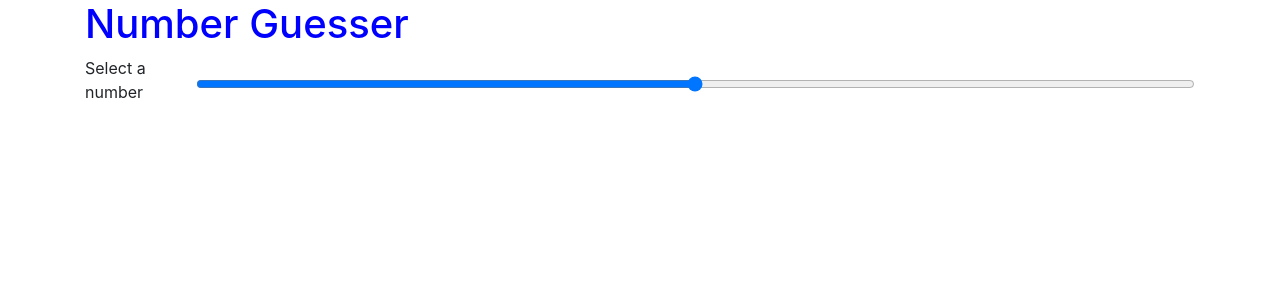
Repository: sanderdebr/cs50
Page: pset8/homepage/index.html
The author's editor kept a record of every edit. The page is drawn from the files as they stood at one moment, then again after the next edit.
The browser window is 1280 px wide. The pictures show the whole page.

Above is the page before.

### pset8/homepage/index.html
<!DOCTYPE html>

<html lang="en">
    <head>
        <link href="https://stackpath.bootstrapcdn.com/bootstrap/4.5.0/css/bootstrap.min.css" rel="stylesheet">
        <link href="styles.css" rel="stylesheet">
        <title>My Webpage</title>
    </head>
    <body>
        <main class="container">
            <h1>Number Guesser</h1>
            <form>
              <div class="form-group">
                <label for="formControlRange">Select a number</label>
                <input type="range" class="form-control-range" id="formControlRange">
              </div>
            </form>
        </main>
    </body>
</html>

### pset8/homepage/styles.css
h1 {
    color: blue;
}

html {
    width: 100%;
}

#mySelect {
    color: green;
}

.form-group {
    display: flex;
}

h1 > h2 {
    font-size: 200%;
}

div.span {
    font-size: 300%;
}

### pset8/homepage/app.js
const numberController = (function() {
    const RandomNumber = function(max) {
        this.max = max;
    }

    RandomNumber.prototype.calcRandom = function() {
        return Math.floor(Math.random() * this.max);
    }

    return {
        getRandomNumber: function(max) {
            return new RandomNumber(max);
        }
    }
})();

const UIController = (function() {
    const DOMstrings = {
        select: 'select',
        mySelect: 'mySelect',
        result: 'result',
        button: 'button'
    }

    const createLabel = function() {
        const label = document.createElement("label");
        label.innerHTML = "Select number";
        return label;
    }

    const createSelectBox = function() {
        const select = document.createElement("select");
        select.classList = 'form-control';
        select.id ="mySelect";
        for (let i = 1; i < 4; i++) {
            const option = document.createElement("option");
            option.text = i;
            select.add(option);
        }
        return select;
    }

    return {
        getSelectedNum: function() {
            const mySelect = document.getElementById(DOMstrings.mySelect);
            const selected = mySelect.value;
            return selected;
        },
        createUI: function() {
            const selectBox = createSelectBox();
            const label = createLabel();
            const select = document.getElementById(DOMstrings.select);
            select.appendChild(label);
            select.appendChild(selectBox);
        },
        getDOMstrings: function() {
            return DOMstrings;
        }
    }
})();

const controller = (function(UIctrl, numberCtrl) {
    const setupEventListeners = function() {
        const DOM = UIctrl.getDOMstrings();
        console.log(document.querySelector(DOM.button));
        document.querySelector(DOM.button).addEventListener('click', handleSubmit)
    }

    const handleSubmit = function(e) {
        e.preventDefault();
        const getNumber = numberCtrl.getRandomNumber(5);
        const randomNumber = getNumber.calcRandom();

        const selectedNum = UIctrl.getSelectedNum();

        if (selectedNum === randomNumber) {
            UIctrl.showResult('won')
        } else {
            UIctrl.showResult('lost');
        }
    }

    return {
        init: function() {
            console.log('app has started');
            UIctrl.createUI();
            setupEventListeners();
        }
    }
})(UIController, numberController);

document.addEventListener('DOMContentLoaded', controller.init);

After the next edit:
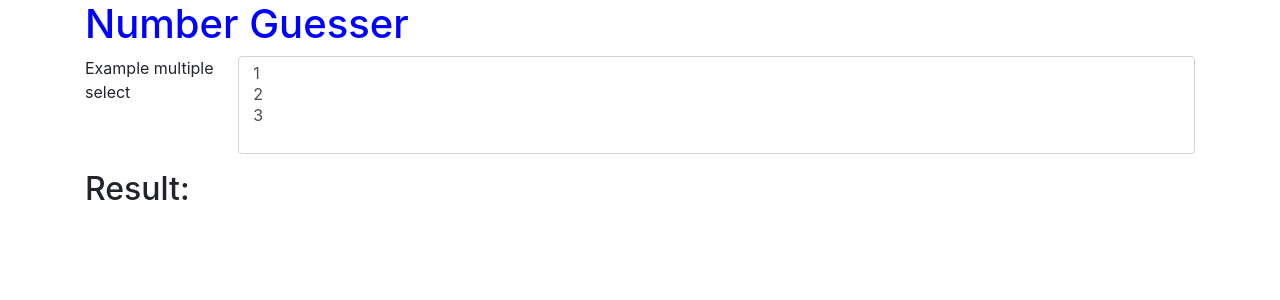
Console error: TypeError: Cannot read properties of null (reading 'appendChild')
The edit:
--- a/pset8/homepage/index.html
+++ b/pset8/homepage/index.html
@@ -11,10 +11,18 @@
             <h1>Number Guesser</h1>
             <form>
               <div class="form-group">
-                <label for="formControlRange">Select a number</label>
-                <input type="range" class="form-control-range" id="formControlRange">
+                <label for="exampleFormControlSelect2">Example multiple select</label>
+                <select multiple class="form-control" id="exampleFormControlSelect2">
+                  <option>1</option>
+                  <option>2</option>
+                  <option>3</option>
+                </select>
               </div>
             </form>
+            <article>
+                <h2>Result: <span id="result"></span></h2>
+            </article>
         </main>
+        <script src="app.js"></script>
     </body>
 </html>
